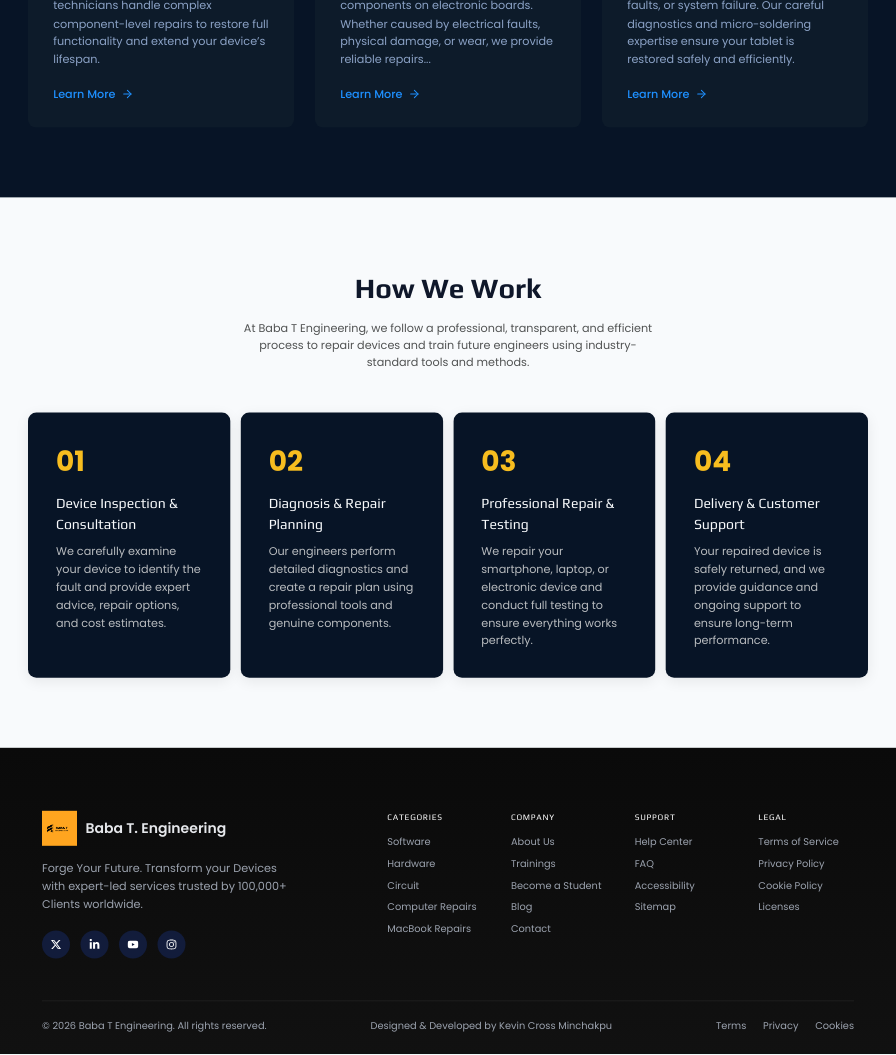
Repository: KC-Minchakpu/babatunde
Page: /services
The author's editor kept a copy of each file at every save. The page is drawn from the files as they stood at one save, then again after the next save.
The browser window is 1280 px wide. The pictures show the part of the page from y = 1015 to 2935 px (the page is 2522 px tall before and 2962 px after), at 70% of full size.
The project was rebuilt for these pictures with package versions that can differ from the ones it lists, and the page was loaded fresh each time. The framework's server and built-in components were replaced by stand-ins that run in the browser. Also part of the build but not shown: next.config.ts.

Above is the page before, as saved 2026-02-22 14:20:04.

### src/app/layout.tsx
import type { Metadata } from "next";
import { Play, Poppins } from "next/font/google";
import "./globals.css";
import Header from "@/components/Header/Header";
import Footer from "@/components/Footer/Footer";

const play = Play({
  variable: "--font-play",
  subsets: ["latin"],
  weight: ["400", "700"],
});

const poppins = Poppins({
  variable: "--font-poppins",
  subsets: ["latin"],
  weight: ["400", "500", "600", "700"],
});

export const metadata: Metadata = {
  title: "Baba T Engineering",
  description: "Official web app of Baba T Engineering, a leading engineering company specializing in innovative solutions and cutting-edge technology.",
};

export default function RootLayout({
  children,
}: Readonly<{
  children: React.ReactNode;
}>) {
  return (
    <html lang="en">
      <body
        className={`${play.variable} ${poppins.variable} antialiased`}
      >
        <Header />
        {children}
        <Footer />
      </body>
    </html>
  );
}

### src/app/services/page.tsx
import HowWeWork from "@/components/Services/HowWeWork";
import Services from "@/components/Services/Services";

export default function ServicesPage() {
  return (
    <>
    <Services />
    <HowWeWork />
    </>
  );
}

### src/app/globals.css
@import "tailwindcss";

:root {
  --background: #f2fafa;
  --foreground: #1f1e1e;
}

body {
  background: var(--background);
  color: var(--foreground);
  font-family: var(--font-poppins);
}

h1, h2, h3, h4, h5, h6 {
  font-family: var(--font-play);
}

h1 {
  color: red;
  font-size: 35px;
}

### src/components/Header/Header.tsx
"use client";

import Link from "next/link";
import Image from "next/image";
import styles from "./Header.module.css";
import { useState } from "react";
import { usePathname } from "next/navigation";

const Header = () => {
  const [isOpen, setIsOpen] = useState(false);
  const pathname = usePathname();

  const isActive = (path: string) => pathname === path;
  const isAboutActive = () => pathname.startsWith("/about");

  return (
    <header className={styles.header}>
      <div className={styles.container}>
        {/* Logo */}
        <div className={styles.logo}>
          <Link href="/">
            <Image
              src="/images/logo23.png"
              alt="Baba T Logo"
              width={60}
              height={60}
            />
          </Link>
          <span className={styles.logoText}>Baba T</span>
        </div>

        {/* Navigation */}
        <nav className={styles.nav}>
          <Link
            href="/"
            className={isActive("/") ? styles.active : ""}
          >
            Home
          </Link>

          <div
            className={styles.dropdown}
            onMouseEnter={() => setIsOpen(true)}
            onMouseLeave={() => setIsOpen(false)}
          >
            <Link
              href="/about"
              className={`${styles.dropdownToggle} ${
                isAboutActive() ? styles.active : ""
              }`}
            >
              About
            </Link>

            {isOpen && (
              <div className={styles.dropdownMenu}>
                <Link href="/about/history" className={isActive("/about/history") ? styles.active : ""}>
                  Our History
                </Link>
                <Link
                  href="/about/team"
                  className={
                    isActive("/about/team") ? styles.active : ""
                  }
                >
                  Our Team
                </Link>
                <Link href="/about/mission" className={isActive("/about/mission") ? styles.active : ""}>
                  Mission & Vision
                </Link>
                <Link href="/about/values" className={isActive("/about/values") ? styles.active : ""}>
                  Core Values
                </Link>
                <Link href="/about/careers" className={isActive("/about/careers") ? styles.active : ""}>
                  Careers
                </Link>
              </div>
            )}
          </div>

          <Link
            href="/admissions"
            className={
              isActive("/admissions") ? styles.active : ""
            }
          >
            Admissions
          </Link>

          <Link
            href="/services"
            className={isActive("/services") ? styles.active : ""}
          >
            Services
          </Link>

          <Link
            href="/training-programs"
            className={
              isActive("/training-programs") ? styles.active : ""
            }
          >
            Training Programs
          </Link>

          <Link
            href="/blog"
            className={isActive("/blog") ? styles.active : ""}
          >
            Blog
          </Link>

          <Link
            href="/contact"
            className={isActive("/contact") ? styles.active : ""}
          >
            Contact Us
          </Link>
        </nav>

        {/* Auth Buttons */}
        <div className={styles.actions}>
          <button className={styles.signIn}>Sign In</button>
          <button className={styles.signUp}>Sign Up</button>
        </div>
      </div>
    </header>
  );
};

export default Header;

### src/components/Footer/Footer.tsx
"use client";

import Image from "next/image";
import styles from "./Footer.module.css";
import {
  FaXTwitter,
  FaLinkedinIn,
  FaYoutube,
  FaInstagram
} from "react-icons/fa6";

export default function Footer() {
  return (
    <footer className={styles.footer}>
      <div className={styles.container}>
        <div className={styles.topSection}>

          {/* LEFT BRAND AREA */}
          <div className={styles.brand}>
            <div className={styles.logo}>
              <Image
                src="/images/logo23.png"
                alt="Baba T Logo"
                width={50}
                height={50}
              />
              <span>Baba T. Engineering</span>
            </div>

            <p>
              Forge Your Future. Transform your Devices with expert-led services
              trusted by 100,000+ Clients worldwide.
            </p>

            {/* SOCIAL ICONS */}
            <div className={styles.socials}>
              <a href="#" aria-label="Twitter">
                <FaXTwitter />
              </a>
              <a href="#" aria-label="LinkedIn">
                <FaLinkedinIn />
              </a>
              <a href="#" aria-label="YouTube">
                <FaYoutube />
              </a>
              <a href="#" aria-label="Instagram">
                <FaInstagram />
              </a>
            </div>
          </div>

          {/* LINKS GRID */}
          <div className={styles.linksGrid}>
            <div>
              <h4>CATEGORIES</h4>
              <a>Software</a>
              <a>Hardware</a>
              <a>Circuit</a>
              <a>Computer Repairs</a>
              <a>MacBook Repairs</a>
            </div>

            <div>
              <h4>COMPANY</h4>
              <a>About Us</a>
              <a>Trainings</a>
              <a>Become a Student</a>
              <a>Blog</a>
              <a>Contact</a>
            </div>

            <div>
              <h4>SUPPORT</h4>
              <a>Help Center</a>
              <a>FAQ</a>
              <a>Accessibility</a>
              <a>Sitemap</a>
            </div>

            <div>
              <h4>LEGAL</h4>
              <a>Terms of Service</a>
              <a>Privacy Policy</a>
              <a>Cookie Policy</a>
              <a>Licenses</a>
            </div>
          </div>
        </div>

        <div className={styles.divider}></div>

        <div className={styles.bottomBar}>
          <p>© 2026 Baba T Engineering. All rights reserved.</p>
          <p>Designed & Developed by Kevin Cross Minchakpu</p>

          <div className={styles.bottomLinks}>
            <a>Terms</a>
            <a>Privacy</a>
            <a>Cookies</a>
          </div>
        </div>
      </div>
    </footer>
  );
}

### src/components/Services/HowWeWork.tsx
import styles from "./HowWeWork.module.css";

export default function HowWeWork() {
  return (
    <section className={styles.section}>
      <div className={styles.container}>
        <div className={styles.header}>
          <h2>How We Work</h2>
          <p>
            At Baba T Engineering, we follow a professional, transparent,
            and efficient process to repair devices and train future engineers
            using industry-standard tools and methods.
          </p>

        </div>
        <div className={styles.grid}>
          <div className={styles.card}>
            <span className={styles.number}>01</span>
            <h3>Device Inspection & Consultation</h3>
            <p>
              We carefully examine your device to identify the fault and
              provide expert advice, repair options, and cost estimates.
            </p>

          </div>
          <div className={styles.card}>
            <span className={styles.number}>02</span>
            <h3>Diagnosis & Repair Planning</h3>
            <p>
              Our engineers perform detailed diagnostics and create a repair
              plan using professional tools and genuine components.
            </p>

          </div>
          <div className={styles.card}>
            <span className={styles.number}>03</span>
            <h3>Professional Repair & Testing</h3>
            <p>
              We repair your smartphone, laptop, or electronic device and
              conduct full testing to ensure everything works perfectly.
            </p>
          </div>
          <div className={styles.card}>
            <span className={styles.number}>04</span>
            <h3>Delivery & Customer Support</h3>
            <p>
              Your repaired device is safely returned, and we provide guidance
              and ongoing support to ensure long-term performance.
            </p>
          </div>
        </div>
      </div>
    </section>
  );
}

### src/components/Services/Services.tsx
"use client";

import styles from "./Services.module.css";
import {
  Smartphone,
  Monitor,
  BatteryCharging,
  Cpu,
  CircuitBoard,
  Tablet,
  ArrowRight,
} from "lucide-react";

const services = [
  {
    title: "Smartphone Board Repair",
    description:
      "We specialize in diagnosing and repairing smartphone motherboard faults caused by power issues, water damage, short circuits, and component failure. Our technicians use advanced tools and precision techniques to restore full functionality.",
    icon: Smartphone,
  },
  {
    title: "Computer Diagnostics",
    description:
      "Using advanced diagnostic tools, we identify hardware and software issues affecting system performance. From startup failures to overheating, we provide accurate assessments and effective solutions.",
    icon: Monitor,
  },
  {
    title: "Power Supply Fixes",
    description:
      "We repair and replace damaged power supply units, charging ports, and internal circuits to ensure stable power flow and device safety. Our precision work prevents further damage and enhances reliability.",
    icon: BatteryCharging,
  },
  {
    title: "Motherboard Repairs",
    description:
      "We specialize in diagnosing and repairing faulty motherboards for laptops and desktops. Our expert technicians handle complex component-level repairs to restore full functionality and extend your device’s lifespan.",
    icon: Cpu,
  },
  {
    title: "Circuit Board Fixes",
    description:
      "Our circuit board repair service focuses on identifying and fixing damaged, burnt, or malfunctioning components on electronic boards. Whether caused by electrical faults, physical damage, or wear, we provide reliable repairs...",
    icon: CircuitBoard,
  },
  {
    title: "Tablet Board Repair",
    description:
      "We provide expert tablet motherboard repair for devices experiencing charging problems, no power, display faults, or system failure. Our careful diagnostics and micro-soldering expertise ensure your tablet is restored safely and efficiently.",
    icon: Tablet,
  },
];

export default function Services() {
  return (
    <section className={styles.services}>
      <div className={styles.container}>
        <h2 className={styles.title}>Services</h2>

        <p className={styles.subtitle}>
          Necessitatibus eius consequatur ex aliquid fuga eum quidem sint
          consectetur velit
        </p>

        <div className={styles.grid}>
          {services.map((service, index) => {
            const Icon = service.icon;

            return (
              <div key={index} className={styles.card}>
                <Icon className={styles.icon} size={42} />

                <h3>{service.title}</h3>

                <p>{service.description}</p>

                <a href="#" className={styles.link}>
                  Learn More <ArrowRight size={18} />
                </a>
              </div>
            );
          })}
        </div>
      </div>
    </section>
  );
}

### src/components/Header/Header.module.css
.header {
  width: 100%;
  height: 100px;
  background: #0F1A20;
  padding: 20px;
  position: sticky;
  top: 0;
  z-index: 1000;
}

.container {
  width: 90%;
  margin: 0 auto;
  display: flex;
  align-items: center;
  justify-content: space-between;
}

/* Logo */
.logo {
  display: flex;
  align-items: center;
  gap: 8px;
  cursor: pointer;
}

.logoCircle {
  width: 40px;
  height: 40px;
  border-radius: 50%;
  background: linear-gradient(135deg, #8e2de2, #4a00e0);
  display: flex;
  align-items: center;
  justify-content: center;
  color: white;
  font-weight: bold;
}

.logoText {
  font-size: 25px;
  font-weight: 600;
  color: #ffffff;
  font-family: "Poppins", sans-serif;
}

/* Nav */
.nav {
  display: flex;
  align-items: center;
  gap: 24px;
  font-family: 'Play', sans-serif;

}

.nav a,
.dropdownToggle {
  color: #ffffff;
  text-decoration: none;
  font-size: 19px;
  cursor: pointer;
  position: relative;
  transition: color 0.3s ease;
}

.nav a:hover,
.dropdownToggle:hover {
  color: #FFD23F;
}

/* Dropdown */
.dropdown {
  position: relative;
}

.dropdownMenu {
  position: absolute;
  width: 250px;
  top: 35px;
  left: 0;
  background: #0F1A20;
  border-radius: 8px;
  padding: 10px 0;
  min-width: 180px;
  box-shadow: 0 10px 25px rgba(0, 0, 0, 0.15);
  display: flex;
  flex-direction: column;
}

.dropdownMenu a {
  padding: 10px 16px;
  color: #ffffff;
  font-size: 19px;
  text-decoration: none;
  transition: background 0.2s ease;
}

.dropdownMenu a:hover {
  color: #FFD23F;
}

/* Buttons */
.actions {
  display: flex;
  gap: 12px;
}

.signIn {
  padding: 8px 18px;
  border-radius: 8px;
  border: none;
  cursor: pointer;
  color: white;
  background: #143458;
  font-size: 14px;
}

.signUp {
  padding: 8px 18px;
  border-radius: 8px;
  border: none;
  cursor: pointer;
  color: white;
  background: #63054b;
  font-size: 14px;
}

/* Responsive */
@media (max-width: 1024px) {
  .nav {
    display: none;
  }
}

.active {
  color: #f1b32b;
  font-weight: 600;
  position: relative;
}

.active::after {
  content: "";
  position: absolute;
  left: 0;
  bottom: -6px;
  width: 100%;
  height: 2px;
  background-color: #e9c03a;
}

### src/components/Footer/Footer.module.css
.footer {
  background: linear-gradient(
    180deg,
    #0a0a0a,
    #111111
  );
  color: #e5e7eb;
  padding: 90px 0 30px;
}

.container {
  max-width: 1200px;
  margin: 0 auto;
  padding: 0 20px;
}

/* TOP SECTION */
.topSection {
  display: flex;
  justify-content: space-between;
  gap: 60px;
}

/* BRAND */
.brand {
  flex: 1.3;
}

.logo {
  display: flex;
  align-items: center;
  gap: 12px;
  font-weight: 600;
  font-size: 20px;
  margin-bottom: 20px;
}

.logoBox {
  width: 34px;
  height: 34px;
  border-radius: 10px;
  background: linear-gradient(135deg, #14b8a6, #f97316);
}

.brand p {
  color: #9ca3af;
  line-height: 1.6;
  margin-bottom: 24px;
  max-width: 350px;
}

/* =========================
   SOCIAL ICONS
========================= */
.socials {
  display: flex;
  gap: 15px;
  margin-top: 20px;
}

.socials a {
  width: 40px;
  height: 40px;
  background: #121c3b;
  border-radius: 50%;
  display: flex;
  align-items: center;
  justify-content: center;
  color: #ffffff;
  font-size: 16px;
  transition: all 0.3s ease;
}

.socials a:hover {
  background: #f8af28;
  transform: translateY(-4px);
}


/* LINKS GRID */
.linksGrid {
  flex: 2;
  display: grid;
  grid-template-columns: repeat(4, 1fr);
  gap: 40px;
}

.linksGrid h4 {
  font-size: 12px;
  letter-spacing: 1px;
  margin-bottom: 16px;
  color: #ffffff;
}

.linksGrid a {
  display: block;
  font-size: 14px;
  color: #9ca3af;
  margin-bottom: 10px;
  cursor: pointer;
  transition: color 0.3s ease;
}

.linksGrid a:hover {
  color: #ffffff;
}

/* DIVIDER */
.divider {
  height: 1px;
  background: rgba(255, 255, 255, 0.08);
  margin: 60px 0 25px;
}

/* BOTTOM BAR */
.bottomBar {
  display: flex;
  justify-content: space-between;
  align-items: center;
  font-size: 14px;
  color: #9ca3af;
}

.bottomLinks {
  display: flex;
  gap: 24px;
}

.bottomLinks a {
  cursor: pointer;
  transition: color 0.3s ease;
}

.bottomLinks a:hover {
  color: white;
}

/* RESPONSIVE */
@media (max-width: 1024px) {
  .topSection {
    flex-direction: column;
    gap: 50px;
  }

  .linksGrid {
    grid-template-columns: repeat(2, 1fr);
  }

  .bottomBar {
    flex-direction: column;
    gap: 15px;
    text-align: center;
  }
}

@media (max-width: 600px) {
  .linksGrid {
    grid-template-columns: 1fr;
  }
}

### src/components/Services/HowWeWork.module.css
.section {
padding: 100px 20px;
background: #f8fafc;

}


.container {
max-width: 1200px;
margin: auto;

}


.header {
text-align: center;
margin-bottom: 60px;
}


.header h2 {
font-size: 40px;
font-weight: bold;
color: #0f172a;
margin-bottom: 15px;
}


.header p {
color: #505252;
font-size: 1rem;
max-width: 600px;
margin: auto;
}



.grid {
display: grid;
grid-template-columns: repeat(auto-fit, minmax(280px, 1fr));
gap: 15px;
}

.card {
background: #071426;
padding: 40px;
border-radius: 12px;
box-shadow: 0 5px 20px rgba(0,0,0,0.08);
transition: 0.3s;
}


.card:hover {
transform: translateY(-8px);
}


.number {
font-size: 40px;
font-weight: bold;
color: #f7bd1f;
display: block;
margin-bottom: 15px;
}


.card h3 {
font-size: 20px;
margin-bottom: 10px;
color: #f8fafc;
}


.card p {
color: #babdc0;
line-height: 1.6;
}

### src/components/Services/Services.module.css
.services {
  background: #071426;
  padding: 100px 20px;
  color: white;
}

.container {
  max-width: 1200px;
  margin: auto;
  text-align: center;
}

.title {
  font-size: 36px;
  font-weight: 700;
  margin-bottom: 10px;
}

.subtitle {
  color: #8ca3c7;
  margin-bottom: 60px;
}

.grid {
  display: grid;
  grid-template-columns: repeat(auto-fit, minmax(320px, 1fr));
  gap: 30px;
}

.card {
  background: #0d1b2a;
  padding: 35px;
  border-radius: 12px;
  text-align: left;

  transition: all 0.3s ease;

  border: 1px solid transparent;
}

.card:hover {
  transform: translateY(-8px);
  border-color: #1e90ff;
}

.icon {
  color: #1e90ff;
  margin-bottom: 20px;

}

.card h3 {
  margin-bottom: 15px;
  font-size: 22px;
}

.card p {
  color: #8ca3c7;
  margin-bottom: 25px;
  line-height: 1.6;
}

.link {
  display: inline-flex;
  align-items: center;
  gap: 8px;

  color: #1e90ff;
  text-decoration: none;
  font-weight: 500;
}

.link:hover {
  text-decoration: underline;
}

After the next save:
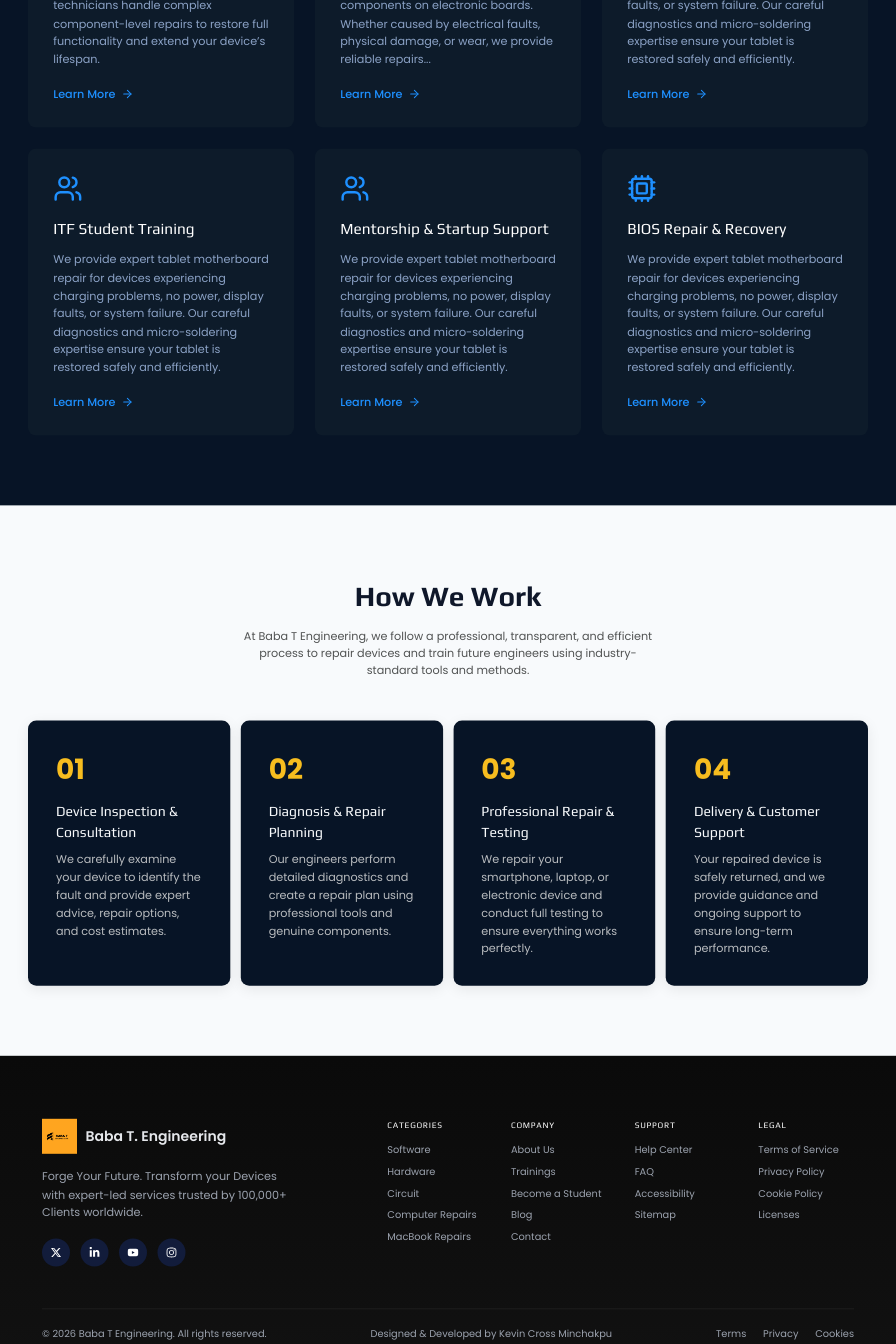
Saved 23 h 2 min later.
--- a/src/components/Services/Services.tsx
+++ b/src/components/Services/Services.tsx
@@ -9,6 +9,7 @@ import {
   CircuitBoard,
   Tablet,
   ArrowRight,
+  Users,
 } from "lucide-react";
 
 const services = [
@@ -48,6 +49,24 @@ const services = [
       "We provide expert tablet motherboard repair for devices experiencing charging problems, no power, display faults, or system failure. Our careful diagnostics and micro-soldering expertise ensure your tablet is restored safely and efficiently.",
     icon: Tablet,
   },
+  {
+    title: "ITF Student Training",
+    description:
+      "We provide expert tablet motherboard repair for devices experiencing charging problems, no power, display faults, or system failure. Our careful diagnostics and micro-soldering expertise ensure your tablet is restored safely and efficiently.",
+    icon: Users,
+  },
+  {
+    title: "Mentorship & Startup Support",
+    description:
+      "We provide expert tablet motherboard repair for devices experiencing charging problems, no power, display faults, or system failure. Our careful diagnostics and micro-soldering expertise ensure your tablet is restored safely and efficiently.",
+    icon: Users,
+  },
+  {
+    title: "BIOS Repair & Recovery",
+    description:
+      "We provide expert tablet motherboard repair for devices experiencing charging problems, no power, display faults, or system failure. Our careful diagnostics and micro-soldering expertise ensure your tablet is restored safely and efficiently.",
+    icon: Cpu,
+  },
 ];
 
 export default function Services() {
